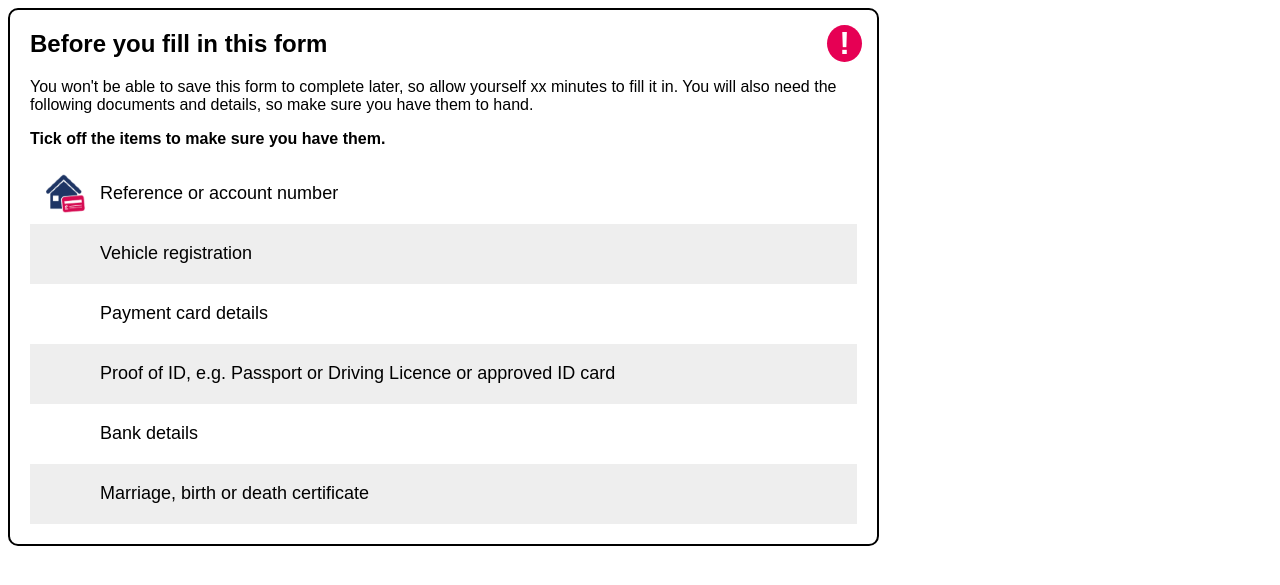
Repository: DigitalExperienceTeam/formchecklist
Page: index.html
The author's editor kept a record of every edit. The page is drawn from the files as they stood at one moment, then again after the next edit.
The browser window is 1280 px wide. The pictures show the whole page.

Above is the page before.

### index.html
<!DOCTYPE html>
<html lang="en">

<head>
    <meta charset="UTF-8">
    <meta name="viewport" content="width=device-width, initial-scale=1.0">
    <meta http-equiv="X-UA-Compatible" content="ie=edge">
    <script src="https://ajax.googleapis.com/ajax/libs/jquery/3.4.1/jquery.min.js"></script>
    <script type="text/javascript" src="checklist.js"></script>
    <link rel="stylesheet" href="style.css" type="text/css" />
    <title>Document</title>
</head>

<body>
<div class="checklist">
    <div class="exclamation">!</div>
  <h2>Before you fill in this form</h2>
  <p>You won't be able to save this form to complete later, so allow yourself xx minutes to fill it in. You will also need the following documents and details, so make sure you have them to hand.</p>

<p><strong>Tick off the items to make sure you have them.</strong></p>
<ul>
  <li class="reference">Reference or account number</li>
  <li class="registration">Vehicle registration</li>
  <li class="payment">Payment card details</li>
  <li class="proof">Proof of ID, e.g. Passport or Driving Licence or approved ID card</li>
  <li class="bank">Bank details</li>
  <li class="certificate">Marriage, birth or death certificate</li>
</ul>

</div>
</body>

</html>

### checklist.js
$( document ).ready(function() {

    $( "li" ).click(function() {

  $(this).toggleClass("checked");
});


});

### style.css

/* Include the padding and border in an element's total width and height */
* {
  box-sizing: border-box;
}

body {
    max-width: 871px;
    font-family: "franklin-gothic-urw",sans-serif;
}

.checklist {
    border: 2px solid #000;
    padding: 20px;
    border-radius: 10px;
    position: relative;
}

.exclamation {
    position: absolute;
    right: 15px;
    top: 15px;
    font-size: 2em;
    font-weight: bold;
    border-radius: 50%;
    padding: 0 12px;
    color: #fff;
    background-color: #e60054;
}

.checklist h2 {
    margin-top: 0;
}

/* Remove margins and padding from the list */
.checklist ul {
  margin: 0;
  padding: 0;
}

/* Style the list items */
.checklist ul li {
  cursor: pointer;
  position: relative;
  padding: 12px 8px 12px 70px;
  background: #eee;
  font-size: 18px;
  transition: 0.2s;
  list-style-type: none;
  min-height: 60px;
line-height: 35px;

  /* make the list items unselectable */
  -webkit-user-select: none;
  -moz-user-select: none;
  -ms-user-select: none;
  user-select: none;
}

/* Set all odd list items to a different color (zebra-stripes) */
.checklist ul li:nth-child(odd) {
  background: #fff;
}

/* Darker background-color on hover */
.checklist ul li:hover {
  background: #ddd;
}

.checklist ul li::before {
 ;
    padding-right: 10px;
      position: absolute;
        top: 10px;
  left: 16px;
  line-height: 0;
}

.checklist ul li.reference::before {
 content: url("Taxsmall.png");
}

.checklist ul li.reference::before {
 content: url("Taxsmall.png");
}

.checklist ul li.reference::before {
 content: url("Taxsmall.png");
}

.checklist ul li.reference::before {
 content: url("Taxsmall.png");
}

.checklist ul li.reference::before {
 content: url("Taxsmall.png");
}

.checklist ul li.reference::before {
 content: url("Taxsmall.png");
}

     <li class="reference">Reference or account number</li>
  <li class="registration">Vehicle registration</li>
  <li class="payment">Payment card details</li>
  <li class="proof">Proof of ID, e.g. Passport or Driving Licence or approved ID card</li>
  <li class="bank">Bank details</li>
  <li class="certificate">Marriage, birth or death certificate</li>
</ul>



/* When clicked on, add a background color and strike out text */
.checklist ul li.checked {
  background: #d8e3ed;

}



/* Add a "checked" mark when clicked on */
ul li.checked::after {
  content: '\2713';
  padding-left: 10px;
  font-weight: 900;
  font-size: 1.5em;
  line-height: 0;

}

After the next edit:
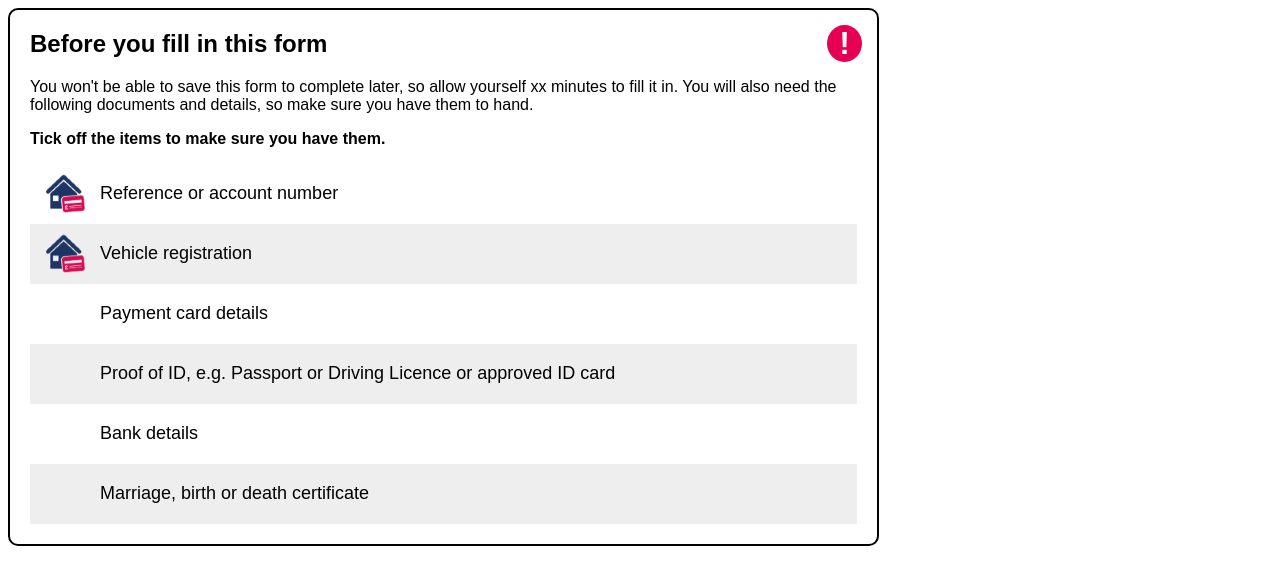
The edit:
--- a/style.css
+++ b/style.css
@@ -80,7 +80,7 @@
  content: url("Taxsmall.png");
 }
 
-.checklist ul li.reference::before {
+.checklist ul li.registration::before {
  content: url("Taxsmall.png");
 }
 
